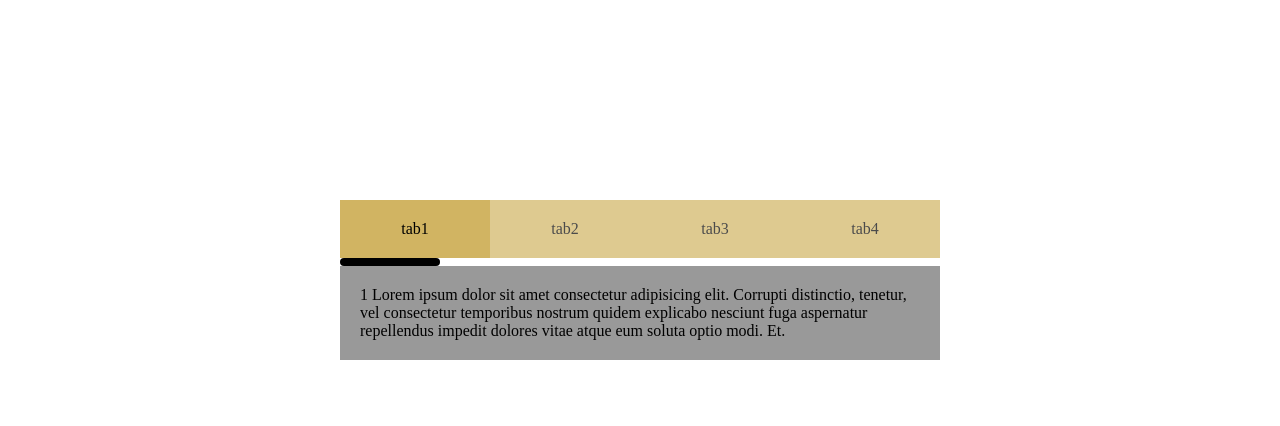
Repository: PCTai/javascript-coban
Page: tab UI/index.html
The author's editor kept a copy of each file at every save. The page is drawn from the files as they stood at one save, then again after the next save.
The browser window is 1280 px wide. The pictures show the whole page.

Above is the page before, as saved 2022-02-09 17:12:11.

### tab UI/index.html
<!DOCTYPE html>
<html lang="en">
<head>
    <meta charset="UTF-8">
    <meta http-equiv="X-UA-Compatible" content="IE=edge">
    <meta name="viewport" content="width=device-width, initial-scale=1.0">
    <title>Document</title>
    <link rel="stylesheet" href="./style.css">
</head>
<body>
    <div class="container">
        <div class="tab">
            <div class="tab-item active">tab1</div>
            <div class="tab-item">tab2</div>
            <div class="tab-item">tab3</div>
            <div class="tab-item">tab4</div>

        </div>
        <div class="tab-line"></div>
        <div class="box">
            <div class="box-item active">1 Lorem ipsum dolor sit amet consectetur adipisicing elit. Corrupti distinctio, tenetur, vel consectetur temporibus nostrum quidem explicabo nesciunt fuga aspernatur repellendus impedit dolores vitae atque eum soluta optio modi. Et.</div>
            <div class="box-item">2 Lorem ipsum dolor sit amet consectetur adipisicing elit. Neque tempore omnis voluptas laudantium ut aperiam odit deleniti temporibus consequatur dolorem incidunt eveniet officia similique, nulla animi tenetur tempora ab maxime!</div>
            <div class="box-item">3 Lorem ipsum dolor sit, amet consectetur adipisicing elit. Dignissimos dicta fugit error laudantium sunt deleniti nemo excepturi perferendis illo, porro animi commodi quis eaque beatae consectetur rerum magni fugiat libero.</div>
            <div class="box-item">4 Lorem ipsum dolor sit amet consectetur adipisicing elit. Est qui rem distinctio, earum dolorem ea doloremque mollitia tenetur architecto adipisci nisi aut dolor odio maxime. Suscipit fuga dolorem itaque beatae!</div>
        </div>

    </div>


    <script src="./app.js"></script>
</body>
</html>

### tab UI/style.css
*{
    margin: 0;
    border: 0;
    padding: 0;
}
.container{
    width: 600px;
    margin: auto;
    background-color:#fff;
    margin-top: 200px;

}
.tab{
    display: flex;
}
.tab-item{
    flex: 1;
    text-align: center;
    padding: 20px 0;
    background-color: rgb(209, 180, 98);
    opacity: 70%;
}
.tab-line{
    width: 100px;
    height: 8px;
    left: 0;
    background-color: #000;
    transition: linear 0.3s;
    border-radius: 5px;
}
.tab .active{
    opacity: 100%;
}
.box .active{
    display: block;
}
.box{
    background-color: #999;
}

.box-item{
    padding: 20px 20px;
    display: none;
}

### tab UI/app.js
var tabs=document.querySelector(".tab");
var boxs=document.querySelector('.box');
// console.log(tabs,boxs);
var TabLine=document.querySelector('.tab-line');
console.log(TabLine);

After the next save:
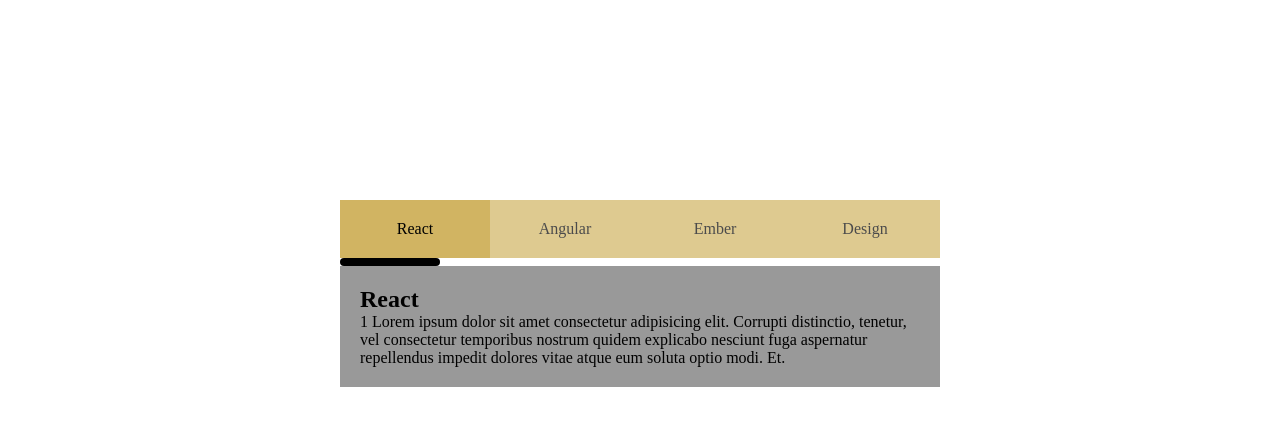
Saved 15 h 52 min later.
--- a/tab UI/index.html
+++ b/tab UI/index.html
@@ -10,18 +10,26 @@
 <body>
     <div class="container">
         <div class="tab">
-            <div class="tab-item active">tab1</div>
-            <div class="tab-item">tab2</div>
-            <div class="tab-item">tab3</div>
-            <div class="tab-item">tab4</div>
+            <div class="tab-item active">React</div>
+            <div class="tab-item">Angular</div>
+            <div class="tab-item">Ember</div>
+            <div class="tab-item">Design</div>
 
         </div>
         <div class="tab-line"></div>
         <div class="box">
-            <div class="box-item active">1 Lorem ipsum dolor sit amet consectetur adipisicing elit. Corrupti distinctio, tenetur, vel consectetur temporibus nostrum quidem explicabo nesciunt fuga aspernatur repellendus impedit dolores vitae atque eum soluta optio modi. Et.</div>
-            <div class="box-item">2 Lorem ipsum dolor sit amet consectetur adipisicing elit. Neque tempore omnis voluptas laudantium ut aperiam odit deleniti temporibus consequatur dolorem incidunt eveniet officia similique, nulla animi tenetur tempora ab maxime!</div>
-            <div class="box-item">3 Lorem ipsum dolor sit, amet consectetur adipisicing elit. Dignissimos dicta fugit error laudantium sunt deleniti nemo excepturi perferendis illo, porro animi commodi quis eaque beatae consectetur rerum magni fugiat libero.</div>
-            <div class="box-item">4 Lorem ipsum dolor sit amet consectetur adipisicing elit. Est qui rem distinctio, earum dolorem ea doloremque mollitia tenetur architecto adipisci nisi aut dolor odio maxime. Suscipit fuga dolorem itaque beatae!</div>
+            <div class="box-item active">
+                <h2>React</h2>
+                1 Lorem ipsum dolor sit amet consectetur adipisicing elit. Corrupti distinctio, tenetur, vel consectetur temporibus nostrum quidem explicabo nesciunt fuga aspernatur repellendus impedit dolores vitae atque eum soluta optio modi. Et.</div>
+            <div class="box-item">
+                <h2>Angular</h2>
+                2 Lorem ipsum dolor sit amet consectetur adipisicing elit. Neque tempore omnis voluptas laudantium ut aperiam odit deleniti temporibus consequatur dolorem incidunt eveniet officia similique, nulla animi tenetur tempora ab maxime!</div>
+            <div class="box-item">
+                <h2>Ember</h2>
+                3 Lorem ipsum dolor sit, amet consectetur adipisicing elit. Dignissimos dicta fugit error laudantium sunt deleniti nemo excepturi perferendis illo, porro animi commodi quis eaque beatae consectetur rerum magni fugiat libero.</div>
+            <div class="box-item">
+                <h2>Design</h2>
+                4 Lorem ipsum dolor sit amet consectetur adipisicing elit. Est qui rem distinctio, earum dolorem ea doloremque mollitia tenetur architecto adipisci nisi aut dolor odio maxime. Suscipit fuga dolorem itaque beatae!</div>
         </div>
 
     </div>
